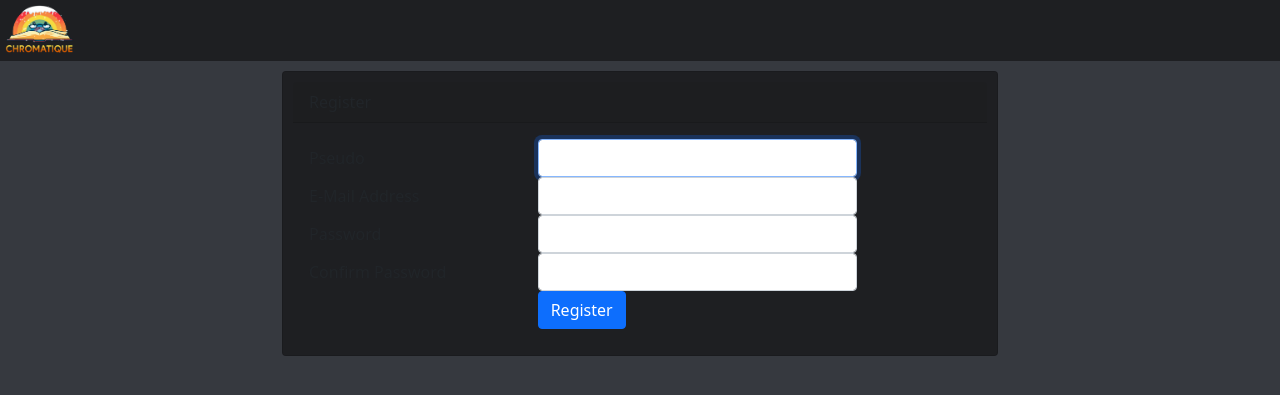
Repository: Codesieg/Chromatique
Page: http://localhost/register
An editor plug-in stored every save of this project. The page is shown before and after the next save, followed by the edit.
The browser window is 1280 px wide. The pictures show the whole page.
Some icons come from a web library that is not loaded, so they are not drawn. The page is served by the project's Laravel application, run on PHP 8.4 with Laravel 8. Other server files are loaded and not shown.

Above is the page before, as saved 2021-07-02 13:41:05.

### chromatique/routes/web.php
<?php


use Illuminate\Support\Facades\Auth;
use Illuminate\Support\Facades\Route;
use App\Http\Controllers\PagesController;
use App\Http\Controllers\TomesController;
use App\Http\Controllers\MangasController;
use App\Http\Controllers\AdminTomesController;
use App\Http\Controllers\AdminMangasController;

/*
|--------------------------------------------------------------------------
| Web Routes
|--------------------------------------------------------------------------
|
| Here is where you can register web routes for your application. These
| routes are loaded by the RouteServiceProvider within a group which
| contains the "web" middleware group. Now create something great!
|
*/
//-------------- Route front ----------------
// Route::get('/', [MangasController::class,'browse'])->name('browse_mangas');

Route::get(
    '/',
    [MangasController::class, 'browse']
)->name('browse_mangas');

Route::get(
    '/tome/{id}',
    [TomesController::class,'browse']
)->name('browse_tomes');

Route::get(
    '/tome/page/{id}',
    [PagesController::class,'read']
)->name('browse_pages');

//-------------- Route back manga ----------------

Route::get(
    '/admin',
    [AdminMangasController::class, 'browse']
)->name('admin_browse_mangas');

Route::get(
    '/admin/add/manga',
    [AdminMangasController::class, 'form']
)->name('admin_form_manga');

Route::post(
    '/admin/add/manga',
    [AdminMangasController::class, 'add']
)->name('admin_add_manga');

Route::delete(
    '/admin/delete/{id}',
    [AdminMangasController::class, 'delete']
)->name('admin_delete_manga');

//-------------- Route back tome ----------------

// On récupère l'id du manga sur cette route et on affiche le formulaire d'ajout d'un tome par rapport à ça franchise
Route::get(
    '/admin/add/tome/{id}',
    [AdminTomesController::class, 'form']
)->name('admin_form_tome');

// On ajoute un tome
Route::post(
    '/admin/add/tome',
    [AdminTomesController::class, 'add']
)->name('admin_add_tome');

// On liste tous les tomes de tous les mangas
Route::get(
    '/admin/tome/',
    [AdminTomesController::class, 'browse']
)->name('admin_browse_tomes');

// On liste tous les tomes d'un manga
Route::get(
    '/admin/tome/{id}',
    [AdminTomesController::class, 'read']
)->name('admin_read_tome');

// Permet de supprimer un tome
Route::delete(
    '/admin/delete/tome/{id}',
    [AdminTomesController::class, 'delete']
)->name('admin_delete_tome');

Auth::routes();

Route::get(
        '/home',
        [HomeController::class, 'index']
)->name('home');

### chromatique/app/Http/Controllers/Auth/ConfirmPasswordController.php
<?php

namespace App\Http\Controllers\Auth;

use App\Http\Controllers\Controller;
use App\Providers\RouteServiceProvider;
use Illuminate\Foundation\Auth\ConfirmsPasswords;

class ConfirmPasswordController extends Controller
{
    /*
    |--------------------------------------------------------------------------
    | Confirm Password Controller
    |--------------------------------------------------------------------------
    |
    | This controller is responsible for handling password confirmations and
    | uses a simple trait to include the behavior. You're free to explore
    | this trait and override any functions that require customization.
    |
    */

    use ConfirmsPasswords;

    /**
     * Where to redirect users when the intended url fails.
     *
     * @var string
     */
    protected $redirectTo = RouteServiceProvider::LOGIN;

    /**
     * Create a new controller instance.
     *
     * @return void
     */
    public function __construct()
    {
        $this->middleware('auth');
    }
}

### chromatique/resources/views/auth/register.blade.php
@extends('layout')

@section('contenu')
<div class="container">
    <div class="row justify-content-center">
        <div class="col-md-8">
            <div class="card">
                <div class="card-header">{{ __('Register') }}</div>

                <div class="card-body">
                    <form method="POST" action="{{ route('register') }}">
                        @csrf

                        <div class="form-group row">
                            <label for="name" class="col-md-4 col-form-label text-md-right">{{ __('Pseudo') }}</label>

                            <div class="col-md-6">
                                <input id="name" type="text" class="form-control @error('name') is-invalid @enderror" name="name" value="{{ old('name') }}" required autocomplete="name" autofocus>

                                @error('name')
                                    <span class="invalid-feedback" role="alert">
                                        <strong>{{ $message }}</strong>
                                    </span>
                                @enderror
                            </div>
                        </div>

                        <div class="form-group row">
                            <label for="email" class="col-md-4 col-form-label text-md-right">{{ __('E-Mail Address') }}</label>

                            <div class="col-md-6">
                                <input id="email" type="email" class="form-control @error('email') is-invalid @enderror" name="email" value="{{ old('email') }}" required autocomplete="email">

                                @error('email')
                                    <span class="invalid-feedback" role="alert">
                                        <strong>{{ $message }}</strong>
                                    </span>
                                @enderror
                            </div>
                        </div>

                        <div class="form-group row">
                            <label for="password" class="col-md-4 col-form-label text-md-right">{{ __('Password') }}</label>

                            <div class="col-md-6">
                                <input id="password" type="password" class="form-control @error('password') is-invalid @enderror" name="password" required autocomplete="new-password">

                                @error('password')
                                    <span class="invalid-feedback" role="alert">
                                        <strong>{{ $message }}</strong>
                                    </span>
                                @enderror
                            </div>
                        </div>

                        <div class="form-group row">
                            <label for="password-confirm" class="col-md-4 col-form-label text-md-right">{{ __('Confirm Password') }}</label>

                            <div class="col-md-6">
                                <input id="password-confirm" type="password" class="form-control" name="password_confirmation" required autocomplete="new-password">
                            </div>
                        </div>

                        <div class="form-group row mb-0">
                            <div class="col-md-6 offset-md-4">
                                <button type="submit" class="btn btn-primary">
                                    {{ __('Register') }}
                                </button>
                            </div>
                        </div>
                    </form>
                </div>
            </div>
        </div>
    </div>
</div>
@endsection

### chromatique/resources/views/layout.blade.php
<!DOCTYPE html>
<html lang="fr">

<head>
    <meta charset="UTF-8">
    <meta http-equiv="X-UA-Compatible" content="IE=edge">
    <meta name="viewport" content="width=device-width, initial-scale=1.0">
    <title>Chromatique</title>
    <link rel="stylesheet" href="https://maxst.icons8.com/vue-static/landings/line-awesome/line-awesome/1.3.0/css/line-awesome.min.css">
    <link rel="stylesheet" href="<?= asset('assets/css/reset.css') ?>">
    <link href="https://cdn.jsdelivr.net/npm/bootstrap@5.0.0-beta3/dist/css/bootstrap.min.css" rel="stylesheet" integrity="sha384-eOJMYsd53ii+scO/bJGFsiCZc+5NDVN2yr8+0RDqr0Ql0h+rP48ckxlpbzKgwra6" crossorigin="anonymous">

    <link rel="stylesheet" href="<?= asset('assets/css/style.css') ?>">
</head>

<header>
    <div class="infos-menu">
        <div class="wrapper-menu">
            <img class="logo" src="<?= asset('assets/img/logo.png') ?>" alt="">
            <a href="{{route('browse_mangas')}}"><i class="las la-3x la-home white"></i></a>
            <a href="{{route('admin_browse_mangas')}}"><i class="las la-3x la-user-shield white"></i></a>
            <a href="https://discord.gg/3HH8Usj"><i class="lab la-3x la-discord white"></i></a>
            <a href="#"><i class="lab la-3x la-telegram white"></i></a>
            <a href="#"><i class="las la-3x la-info-circle white"></i></a>
        </div>
    </div>
</header>
<body>
    <!-- wrap -->
    @include('layouts/flash-message')
    <div class="wrapper">

    @yield('contenu')
    </div>


</body>
<script src="https://cdn.jsdelivr.net/npm/bootstrap@5.0.0-beta3/dist/js/bootstrap.bundle.min.js" integrity="sha384-JEW9xMcG8R+pH31jmWH6WWP0WintQrMb4s7ZOdauHnUtxwoG2vI5DkLtS3qm9Ekf" crossorigin="anonymous"></script>
</html>

### chromatique/resources/views/layouts/flash-message.blade.php
@if ($message = Session::get('success'))
<div class="alert alert-success alert-block ">
        <strong>{{ $message }}</strong>
</div>
@endif


@if ($message = Session::get('error'))
<div class="alert alert-danger alert-block ">
        <strong>{{ $message }}</strong>
</div>
@endif


@if ($message = Session::get('warning'))
<div class="alert alert-warning alert-block">
	<strong>{{ $message }}</strong>
</div>
@endif


@if ($message = Session::get('info'))
<div class="alert alert-info alert-block ">
	<strong>{{ $message }}</strong>
</div>
@endif


@if ($errors->any())
<div class="alert alert-danger ">
    Please check the form below for errors
</div>
@endif

### chromatique/public/assets/css/reset.css
/* http://meyerweb.com/eric/tools/css/reset/
   v2.0 | 20110126
   License: none (public domain)
*/

html,
body,
div,
span,
applet,
object,
iframe,
h1,
h2,
h3,
h4,
h5,
h6,
p,
blockquote,
pre,
a,
abbr,
acronym,
address,
big,
cite,
code,
del,
dfn,
em,
img,
ins,
kbd,
q,
s,
samp,
small,
strike,
strong,
sub,
sup,
tt,
var,
b,
u,
i,
center,
dl,
dt,
dd,
ol,
ul,
li,
fieldset,
form,
label,
legend,
table,
caption,
tbody,
tfoot,
thead,
tr,
th,
td,
article,
aside,
canvas,
details,
embed,
figure,
figcaption,
footer,
header,
hgroup,
menu,
nav,
output,
ruby,
section,
summary,
time,
mark,
audio,
video {
    margin: 0;
    padding: 0;
    border: 0;
    font-size: 100%;
    font: inherit;
    vertical-align: baseline;
}

a {
    text-decoration: none;
}


/* HTML5 display-role reset for older browsers */

article,
aside,
details,
figcaption,
figure,
footer,
header,
hgroup,
menu,
nav,
section {
    display: block;
}

body {
    line-height: 1;
}

ol,
ul {
    list-style: none;
}

blockquote,
q {
    quotes: none;
}

blockquote:before,
blockquote:after,
q:before,
q:after {
    content: '';
    content: none;
}

table {
    border-collapse: collapse;
    border-spacing: 0;
}

### chromatique/public/assets/css/style.css
body {
    margin: 0;
    background-color: #36393F;
}

.logo {
    margin: 5px 5px 5px 5px;
    width: 10%;
}

.logo__left {
    width: 50px
}

.infos-menu {
    display: flex;
    align-items: center;
    justify-content: space-between;
    background-color: #1e1f22;
    position: sticky;
}

.infos-menu i {
    margin-left: 2px;
}

.wrapper-menu {
    display: flex;
    align-items: center;
}

.la-user-shield {
    margin: 0 10px 0 0;
}

.search {
    position: relative;
    margin: 10px 0 0 0;
    float: left;
    top: 50px;
    right: 50px;
}

.field {
    border: 0 !important;
    width: 100% !important;
    height: 100% !important;
    padding: 10px 20px !important;
    background: white !important;
    border-radius: 3px !important;
    box-shadow: 0px 8px 15px rgba(75, 72, 72, 0.1) !important;
    -webkit-transition: all 0.4s ease !important;
    transition: all 0.4s ease !important;
}

.login {
    display: flex;
    align-items: center;
    margin: 0 20px 0 0px;
}

.login a {
    margin: 0 5px 0 5px;
    text-decoration: none;
    font-size: 1.5em;
    color: #fff;
    padding: 5px 5px 5px 5px;
}

.dropdown-login {
    position: relative;
    display: inline-block;
    margin: 0 0 0 50px;
}

.dropdown-login:hover .dropdown-content {
    display: flex;
    flex-direction: column;
}

.dropdown-content {
    display: none;
    position: absolute;
    background-color: #1e1f22;
    min-width: 260px;
    top: 85%;
    right: 5%;
    box-shadow: 0px 8px 16px 0px rgba(0, 0, 0, 0.2);
    padding: 30px 8px 16px 8px;
    z-index: 1;
}

.white {
    color: #ffff;
    text-decoration: none;
}

p {
    color: white;
}

.title {
    font-size: 1.5em;
    padding: 10px 10px 10px 0;
    border-bottom: solid #DCDDDE 1px;
}

.synopsis {
    text-align: left !important;
}

.main {
    width: 80%;
    margin: 20px auto;
    display: flex;
    justify-content: center;
}

.content {
    display: flex;
    flex-direction: column;
}

.hot {
    border-bottom: solid #DCDDDE 1px;
    color: #DCDDDE;
    font-size: 1.8em;
    padding: 0 0 5px 0;
}

.cards {
    display: flex;
    justify-content: center;
    align-self: center;
    flex-wrap: wrap;
    width: 60%;
}

.card {
    background-color: #1e1f22;
    margin: 10px;
    padding: 10px;
    display: flex;
    flex-direction: column;
    overflow: hidden;
}

.card p {
    text-align: center;
    margin: 7px 0 0 0;
}

.stats {
    display: flex;
    margin: 10px 0 10px 0;
}

.views {
    display: flex;
}

.resume {
    width: 75%;
    margin: 5px 0 0 0;
    font-size: 1.2em;
    font-family: 'Lucida Sans', 'Lucida Sans Regular', 'Lucida Grande', 'Lucida Sans Unicode', Geneva, Verdana, sans-serif;
}

.cover {
    width: 290px;
    height: 450px;
    display: flex;
    align-self: center;
    transition: 0.5s;
}

.cover:hover {
    transform: scale(1.5);
}


/* .main-cover {
    position: relative;
    float: right;
    top: 50px;
    left: 100px;
} */

.main-text {
    position: absolute;
    left: 0;
    bottom: 0;
    z-index: 1;
    width: 100%;
    height: 50%;
    background-image: linear-gradient( to bottom, transparent, rgba(0, 0, 0, 0.84) 85%, #000);
    padding: 64px 15px 0 15px;
    border-radius: 3px;
}

.main-text--bottom {
    height: 30%;
}


/*  Détails page admin */

.manga-thumb {
    width: 20%;
}


/*  Zoom des pages */

.zoom {
    margin: 1%;
    padding: 0.3em;
    width: 6%;
    background-color: #1e1f226e;
    border-radius: 20px;
    position: absolute;
    float: left;
    top: 850px;
    left: 0px;
    display: flex;
    justify-content: space-evenly;
    position: fixed;
}

.page {
    display: flex;
    flex-direction: column;
    justify-content: center;
}

.scale {
    width: 50%;
    margin: 1% auto;
}

.zoom-in,
.zoom-out {
    cursor: pointer;
}


/* Suppression des messages flash */

.flash-fade {
    opacity: 0;
    transition: opacity 5s;
}


/* Présentations des tomes */

.banner {
    opacity: 0.8;
    display: flex;
    justify-content: center;
    background-image: linear-gradient(to bottom, rgba(253, 250, 250, 0.199), rgba(8, 8, 8, 10.5)), url(../mangas/One_Piece/one_piece_banner.jpg);
    background-color: #DCDDDE;
    background-repeat: no-repeat;
    background-size: cover;
    width: 100%;
    height: 600px;
}

.details {
    display: flex;
    justify-content: center;
}

.details-main-cover {
    width: 250px;
    height: 350px;
    display: flex;
    align-self: center;
}

.details-manga-cover {
    border: 3px solid white;
    border-radius: 3px;
    position: relative;
    bottom: 60px;
    width: 240px
}

.details-infos {
    width: 40%;
}

Loaded but not shown: chromatique/app/Providers/AppServiceProvider.php (common file); chromatique/app/Http/Controllers/Controller.php (common file); chromatique/app/Http/Controllers/Auth/RegisterController.php (common file)

After the next save:
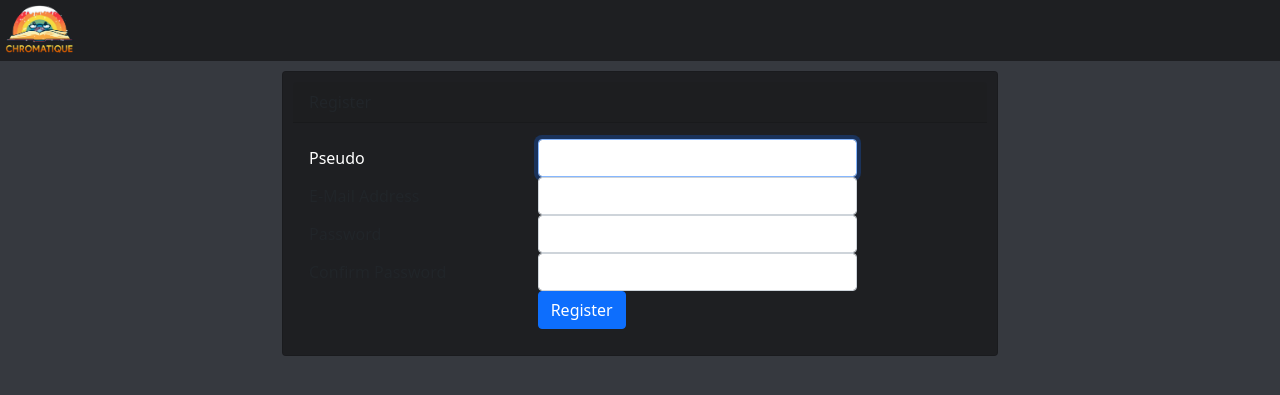
Saved 53 s later.
--- a/chromatique/resources/views/auth/register.blade.php
+++ b/chromatique/resources/views/auth/register.blade.php
@@ -12,7 +12,7 @@
                         @csrf
 
                         <div class="form-group row">
-                            <label for="name" class="col-md-4 col-form-label text-md-right">{{ __('Pseudo') }}</label>
+                            <label for="name" class="col-md-4 col-form-label text-md-right white">{{ __('Pseudo') }}</label>
 
                             <div class="col-md-6">
                                 <input id="name" type="text" class="form-control @error('name') is-invalid @enderror" name="name" value="{{ old('name') }}" required autocomplete="name" autofocus>
